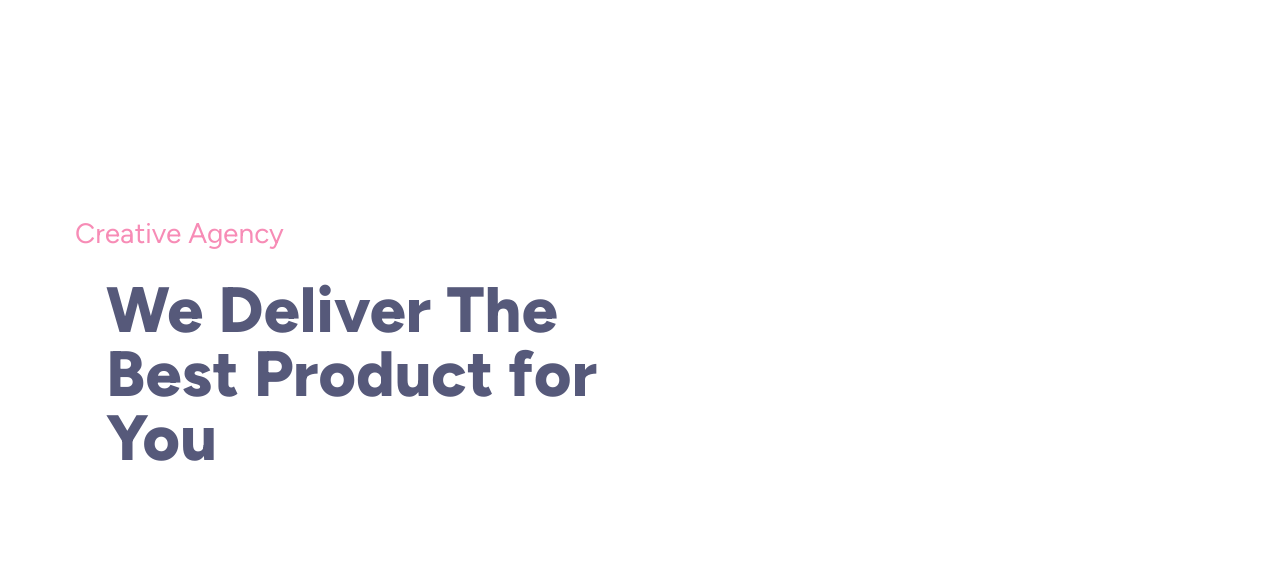
Repository: ArusyakAghajanyan/MirageFigma
Page: Figma/index.html
The author's editor kept a copy of each file at every save. The page is drawn from the files as they stood at one save, then again after the next save.
The browser window is 1280 px wide. The pictures show the whole page.

Above is the page before, as saved 2022-08-11 12:53:37.

### Figma/index.html
<!DOCTYPE html>
<html lang="en">
<head>
    <meta charset="UTF-8">
    <meta http-equiv="X-UA-Compatible" content="IE=edge">
    <meta name="viewport" content="width=device-width, initial-scale=1.0">
    <link rel="stylesheet" href="./assets/./css/reset.css">
    <link rel="stylesheet" href="./assets/css/style.css">
    <title>Mirage</title>
</head>
<body>
    <header>

    </header>
    <main>
        <section class="intro">
          <div class="container">
              <div class="intro__content">
                <div class="intro__description">
                    <h2 class="intro__title">
                        Creative Agency
                    </h2>
                    <h3 class="intro__subtitle">
                        We Deliver The Best
                        Product for You
                    </h3>
                    <p class="intro__details">

                    </p>
                   </div>
                   <div class="intro__image">

                   </div>
              </div>
          </div>
        </section>
    </main>
</body>
</html>

### Figma/assets/css/reset.css
html, body, div, span, applet, object, iframe,
h1, h2, h3, h4, h5, h6, p, blockquote, pre,
a, abbr, acronym, address, big, cite, code,
del, dfn, em, img, ins, kbd, q, s, samp,
small, strike, strong, sub, sup, tt, var,
b, u, i, center,
dl, dt, dd, ol, ul, li,
fieldset, form, label, legend,
table, caption, tbody, tfoot, thead, tr, th, td,
article, aside, canvas, details, embed,
figure, figcaption, footer, header, hgroup,
menu, nav, output, ruby, section, summary,
time, mark, audio, video {
	margin: 0;
	padding: 0;
	border: 0;
	font-size: 100%;
	font: inherit;
	vertical-align: baseline;
}

article, aside, details, figcaption, figure,
footer, header, hgroup, menu, nav, section {
	display: block;
}
body {
	line-height: 1;
}
ol, ul {
	list-style: none;
}
blockquote, q {
	quotes: none;
}
blockquote:before, blockquote:after,
q:before, q:after {
	content: '';
	content: none;
}
table {
	border-collapse: collapse;
	border-spacing: 0;
}
a {
        color: inherit;
    text-decoration: none;
  }
*, *::before, *::after {
    box-sizing: border-box;
  }

### Figma/assets/css/style.css
/* Fonts */
@import url("../fonts/fonts.css");

/* Variables */
@import url("./var.css");



@import url("./main.css");

/* Sections */

@import url("./sections/intro.css");

### Figma/assets/fonts/fonts.css
@font-face {
    font-family: 'Figtree';
    src: url('Figtree-Black.eot');
    src: url('Figtree-Black.eot?#iefix') format('embedded-opentype'),
        url('Figtree-Black.woff2') format('woff2'),
        url('Figtree-Black.woff') format('woff'),
        url('Figtree-Black.ttf') format('truetype');
    font-weight: 900;
    font-style: normal;
    font-display: swap;
}

@font-face {
    font-family: 'Figtree';
    src: url('Figtree-Light.eot');
    src: url('Figtree-Light.eot?#iefix') format('embedded-opentype'),
        url('Figtree-Light.woff2') format('woff2'),
        url('Figtree-Light.woff') format('woff'),
        url('Figtree-Light.ttf') format('truetype');
    font-weight: 300;
    font-style: normal;
    font-display: swap;
}

@font-face {
    font-family: 'Figtree';
    src: url('Figtree-SemiBold.eot');
    src: url('Figtree-SemiBold.eot?#iefix') format('embedded-opentype'),
        url('Figtree-SemiBold.woff2') format('woff2'),
        url('Figtree-SemiBold.woff') format('woff'),
        url('Figtree-SemiBold.ttf') format('truetype');
    font-weight: 600;
    font-style: normal;
    font-display: swap;
}

@font-face {
    font-family: 'Figtree';
    src: url('Figtree-Medium.eot');
    src: url('Figtree-Medium.eot?#iefix') format('embedded-opentype'),
        url('Figtree-Medium.woff2') format('woff2'),
        url('Figtree-Medium.woff') format('woff'),
        url('Figtree-Medium.ttf') format('truetype');
    font-weight: 500;
    font-style: normal;
    font-display: swap;
}

@font-face {
    font-family: 'Figtree';
    src: url('Figtree-Bold.eot');
    src: url('Figtree-Bold.eot?#iefix') format('embedded-opentype'),
        url('Figtree-Bold.woff2') format('woff2'),
        url('Figtree-Bold.woff') format('woff'),
        url('Figtree-Bold.ttf') format('truetype');
    font-weight: bold;
    font-style: normal;
    font-display: swap;
}

@font-face {
    font-family: 'Figtree';
    src: url('Figtree-ExtraBold.eot');
    src: url('Figtree-ExtraBold.eot?#iefix') format('embedded-opentype'),
        url('Figtree-ExtraBold.woff2') format('woff2'),
        url('Figtree-ExtraBold.woff') format('woff'),
        url('Figtree-ExtraBold.ttf') format('truetype');
    font-weight: bold;
    font-style: normal;
    font-display: swap;
}

@font-face {
    font-family: 'Figtree';
    src: url('Figtree-Regular.eot');
    src: url('Figtree-Regular.eot?#iefix') format('embedded-opentype'),
        url('Figtree-Regular.woff2') format('woff2'),
        url('Figtree-Regular.woff') format('woff'),
        url('Figtree-Regular.ttf') format('truetype');
    font-weight: normal;
    font-style: normal;
    font-display: swap;
}

### Figma/assets/css/var.css
:root {
    --primary: #F78CB6;
    --secondary: #56597A;
    --background-color: #FCFCFC;

    /*Abstract*/
    --white: #ffffff;
}

### Figma/assets/css/main.css
html, body {
    font-family: 'Figtree', sans-serif;
}
.container {
    width: 1130px;
    margin: 0 auto;
}

### Figma/assets/css/sections/intro.css
.intro {
    height: 100vh;
    display: flex;
    align-items: center;
    justify-content: center;
}
.intro-content {
 display: flex;
 align-items: flex-start;
 justify-content: space-between;
}
.intro__description {
    width: 50%;
}

.intro__title {
    font-size: 28px;
    color: var(--primary);
    margin-bottom: 29px;
}
.intro__subtitle {
    font-size: 64px;
    font-weight: 700;
    color: var(--secondary);
    margin: 31px;
}

After the next save:
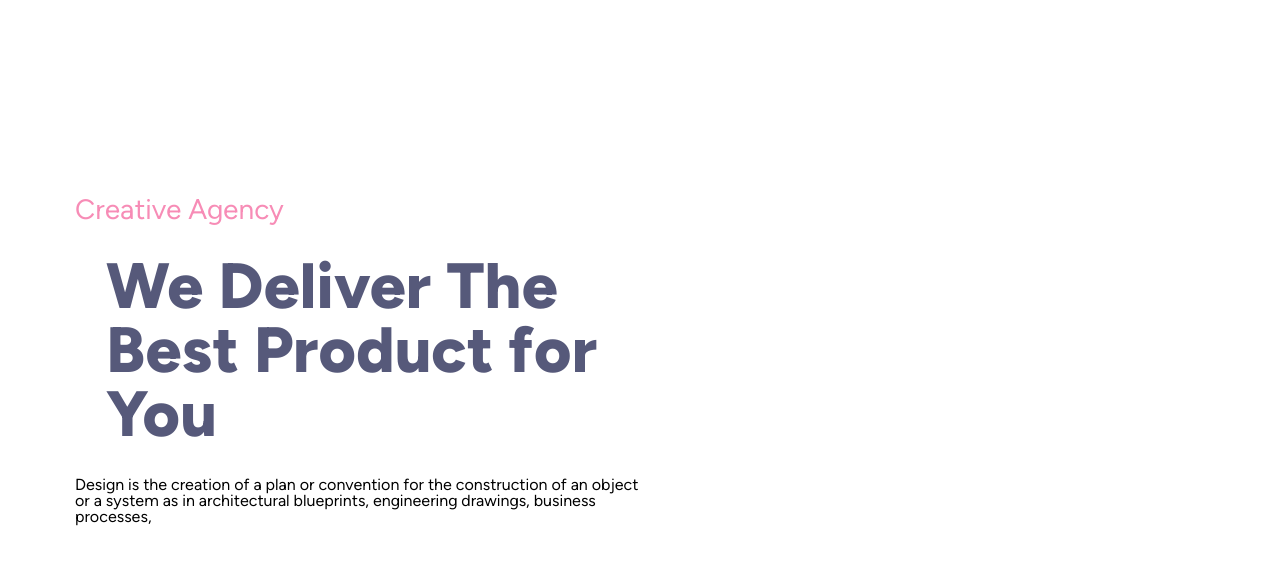
Saved 13 s later.
--- a/Figma/index.html
+++ b/Figma/index.html
@@ -25,7 +25,7 @@
                         Product for You
                     </h3>
                     <p class="intro__details">
-
+                        Design is the creation of a plan or convention for the construction of an object or a system as in architectural blueprints, engineering drawings, business processes,
                     </p>
                    </div>
                    <div class="intro__image">
